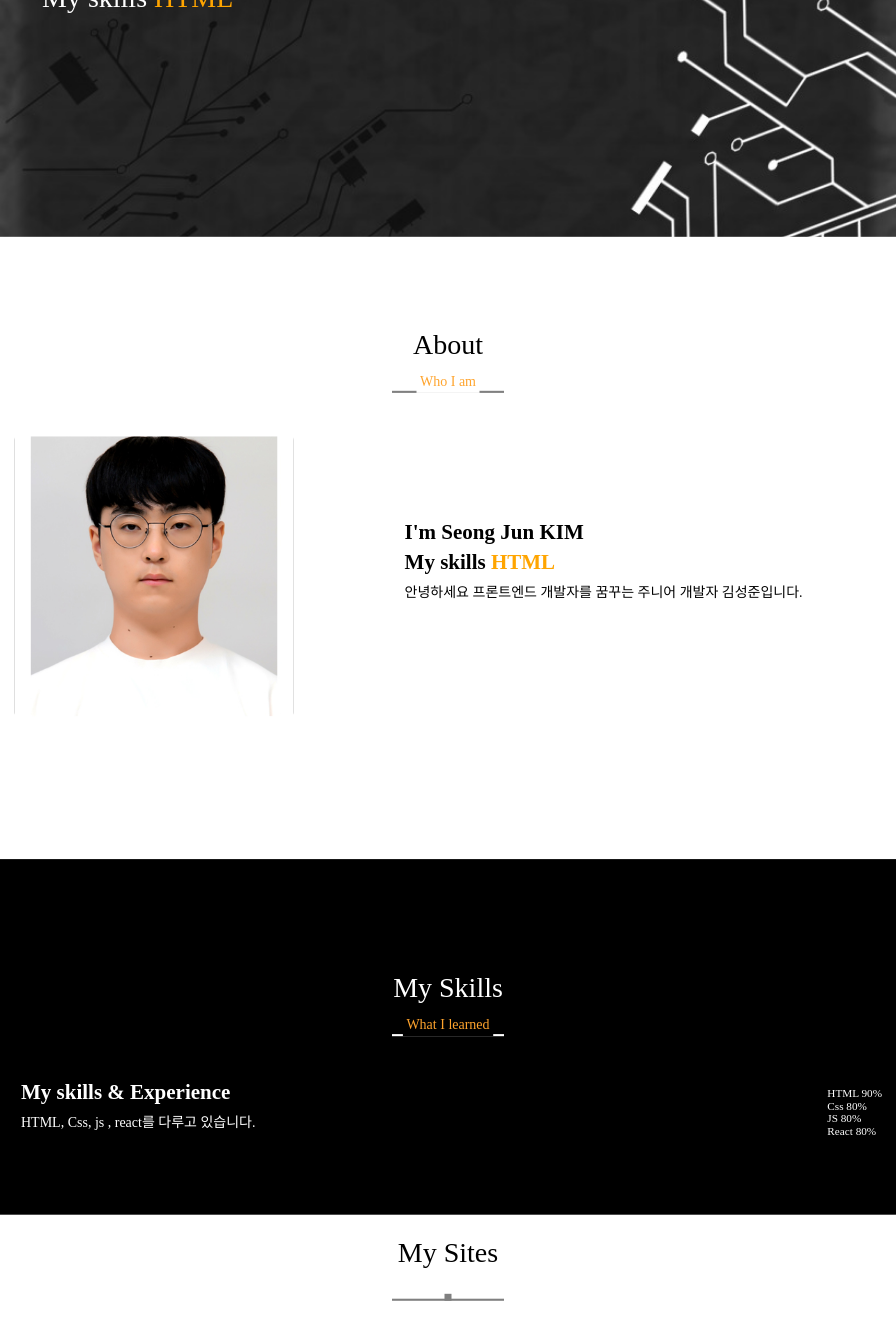
Repository: jun01270/jun
Page: index.html
The author's editor kept a copy of each file at every save. The page is drawn from the files as they stood at one save, then again after the next save.
The browser window is 1280 px wide. The pictures show the part of the page from y = 456 to 2356 px (the page is 3369 px tall before and 3380 px after), at 70% of full size.
A picture or video elsewhere on the page could not be fetched, so the positions and the page height are approximate. Some web libraries are served in a nearby version.

Above is the page before, as saved 2023-05-10 15:12:51.

### index.html
<!DOCTYPE html>
<html lang="en">
  <head>
    <meta charset="UTF-8" />
    <meta http-equiv="X-UA-Compatible" content="IE=edge" />
    <meta name="viewport" content="width=device-width, initial-scale=1.0" />
    <link rel="stylesheet" href="./css/style.css" />
    <link rel="stylesheet" href="./css/home.css" />
    <link rel="stylesheet" href="./css/about.css" />
    <link rel="stylesheet" href="./css/skills.css" />
    <link rel="stylesheet" href="./css/contact.css" />

    <script
      src="https://kit.fontawesome.com/252eac6dbf.js"
      crossorigin="anonymous"
    ></script>
    <title>Jun's site</title>
  </head>
  <body>
    <nav class="navbar">
      <div class="max-width">
        <div class="logo">
          <a href="#home">Jun's <span>Site</span></a>
        </div>
        <ul class="menu-bar">
          <li><a href="#home" class="menu-btn" id="homeID">Home</a></li>
          <li><a href="#about" class="menu-btn" id="homeID">About</a></li>
          <li><a href="#skills" class="menu-btn">Skills</a></li>
          <li><a href="#my-sites" class="menu-btn">My Sties</a></li>
          <li><a href="#contact" class="menu-btn">Contact</a></li>
        </ul>
      </div>
    </nav>

    <!--home섹션-->
    <section class="home" id="home">
      <div class="max-width">
        <div class="home-section">
          <div class="text-1">Hello! My Name is</div>
          <div class="text-2">Seong Jun KIM</div>
          <div class="text-3">My skills <span class="typing1">HTML</span></div>
        </div>
      </div>
    </section>

    <!--about섹션-->
    <section class="about" id="about">
      <div class="max-width">
        <h2 class="title">About</h2>
        <div class="about-content">
          <div class="left-column"><img src="./img/profile.jpg" /></div>
          <div class="right-column">
            <div class="about-text">I'm Seong Jun KIM</div>
            <div class="about-skills">
              My skills <span class="typing2">HTML</span>
            </div>
            <p>
              안녕하세요 프론트엔드 개발자를 꿈꾸는 주니어 개발자 김성준입니다.
            </p>
          </div>
        </div>
      </div>
    </section>

    <!--skills섹션-->
    <section class="skills">
      <div class="max-width">
        <h2 class="title">My Skills</h2>
        <div class="skills-content">
          <div class="left-column">
            <div class="skills-text">
              <div class="sub-title">My skills & Experience</div>
              <p>HTML, Css, js , react를 다루고 있습니다.</p>
            </div>
          </div>
          <div class="rigth-column">
            <div class="bars">
              <div class="bars-content">
                <span>HTML</span>
                <span>90%</span>
              </div>
              <div class="line-html"></div>
            </div>
            <div class="bars">
              <div class="bars-content">
                <span>Css</span>
                <span>80%</span>
              </div>
              <div class="line-css"></div>
            </div>
            <div class="bars">
              <div class="bars-content">
                <span>JS</span>
                <span>80%</span>
              </div>
              <div class="line-js"></div>
            </div>
            <div class="bars">
              <div class="bars-content">
                <span>React</span>
                <span>80%</span>
              </div>
              <div class="line-react"></div>
            </div>
          </div>
        </div>
      </div>
    </section>

    <!--My sties섹션-->
    <section class="my-sites">
      <div class="max-width">
        <h2 class="title">My Sites</h2>
        <div class="my-sites-content">
          <div class="left-column">
            <a href="https://web-jun.tistory.com/" target="_blank">
              <div class="site">
                <div class="site-images">
                  <img src="/img/blog.jpg" alt="" />
                  <div class="site-text">BLOG</div>
                  <p>개발하는 블로그입니다.</p>
                </div>
              </div>
            </a>
          </div>
          <div class="right-column">
            <a href="https://github.com/jun01270" target="_blank">
              <div class="site">
                <div class="site-images">
                  <img src="/img/github.jpg" alt="" />
                  <div class="site-text">BLOG</div>
                  <p>깃허브 사이트입니다.</p>
                </div>
              </div>
            </a>
          </div>
        </div>
      </div>
    </section>

    <!--Contact 섹션-->
    <section class="contact">
      <div class="max-width">
        <h2 class="title">Contact me</h2>
        <div class="contact-content">
          <div class="left-column">
            <div class="contact-text">My information</div>
            <p>
              동양미래대학교 컴퓨터소프트웨어공학과를 졸업하여 프론트엔드
              개발자가 되고싶은 주니어 개발자입니다.
            </p>
            <div class="icons-content">
              <i class="fas fa-user"></i>
              <div class="info">
                <div class="head">Name</div>
                <div class="tail">Seong Jun KIM</div>
              </div>
            </div>
            <div class="icons-content">
              <i class="fas fa-envelope"></i>
              <div class="info">
                <div class="head">E-mail</div>
                <div class="tail">kimsj012731@gmail.com</div>
              </div>
            </div>
            <div class="icons-content">
              <i class="fas fa-map-marked-alt"></i>
              <div class="info">
                <div class="head">Address</div>
                <div class="tail">경기도 광명시</div>
              </div>
            </div>
          </div>
          <div class="right-column">
            <div class="contact-text">Message Me!</div>
            <form action="#">
              <div class="fields">
                <div class="fields name">
                  <input type="text" placeholder="Name" />
                </div>
                <div class="fields Email">
                  <input type="email" placeholder="E-mail" />
                </div>
              </div>
              <div class="fields subject">
                <input type="text" placeholder="Subject" />
              </div>
              <div class="fields contact-area">
                <textarea
                  cols="30"
                  rows="10"
                  placeholder="Contact.. "
                  required
                ></textarea>
              </div>
              <div class="button">
                <button type="submit">Send Message</button>
              </div>
            </form>
          </div>
        </div>
      </div>
    </section>

    <!--Footer섹션-->
    <footer></footer>

    <!--JS섹션-->
  </body>
</html>

### css/style.css
@import url("https://fonts.googleapis.com/css2?family=Lora&display=swap");

* {
  margin: 0;
  padding: 0;
  box-sizing: border-box;
  text-decoration: none;
}

html {
  scroll-behavior: smooth;
}

.home .about .skills .my-sites .contact {
  padding-top: 86px;
}

.max-width {
  max-width: 1300px;
  padding: 0 20px;
  margin: auto;
}

.section {
  padding: 100px 0;
}

/* .about, .skills, .my-sites, .contact, .footer{
    //폰트삽입
} */

.title {
  position: relative;
  text-align: center;
  font-size: 40px;
  font-weight: 500;
  margin: 30px 0 100px 0;
  padding-bottom: 8px;
}

.title::before {
  content: "";
  position: absolute;
  bottom: -38px;
  left: 50%;
  width: 160px;
  height: 3px;
  background-color: gray;
  transform: translateX(-50%);
}

.title::after {
  content: "";
  position: absolute;
  bottom: -38px;
  left: 50%;
  font-size: 20px;
  color: rgb(255, 164, 45);
  padding: 5px;
  background-color: gray;
  transform: translateX(-50%);
}

.about .about-content,
.skills .skills-content,
.my-sites .my-sites-content,
.contact .contact-content {
  display: flex;
  align-items: center;
  flex-wrap: wrap;
  justify-content: space-between;
}

.navbar {
  position: relative;
  width: 100%;
  padding: 20px 0;
  z-index: 999;
  transition: all 0.3s ease;
  background-color: burlywood;
}

.navbar .max-width {
  display: flex;
  align-items: center;
  justify-content: space-between;
}

.navbar .logo {
  font-size: 30px;
  font-weight: 600;
  margin-left: 20px;
  color: black;
}

.navbar .logo a {
  color: white;
  text-decoration: none;
}

.navbar .logo a span {
  color: orange;
  transition: all 0.3s ease;
}

.navbar .menu-bar li {
  list-style: none;
  margin: 5px 20px 0 0;
  display: inline-block;
}

.navbar .menu-bar li a {
  display: block;
  text-decoration: none;
  font-size: 20px;
  font-weight: 500;
  margin-left: 15px;
  transition: all 0.3s ease;
}

.menu-bar li:hover {
  background-color: orange;
  border-radius: 3px;
}

.navbar.sticky {
  padding: 20px 0;
  background-color: black;
}

.navbar.sticky .logo a span {
  color: white;
}

.navbar.sticky .menu-bar li a:hover {
  color: white;
}

.navbar .menu-btn {
  color: white;
  font-size: 25px;
  display: none;
  cursor: pointer;
}

@media screen and (max-width: 700px) {
  .navbar {
    flex-direction: column;
    align-items: flex-start;
    margin: 0;
  }

  .menu-bar {
    flex-direction: column;
    align-items: center;
    width: 100%;
  }

  .menu-bar li {
    width: 100%;
    text-align: center;
  }
}

### css/home.css
.home {
  display: flex;
  height: 100vh;
  min-height: 500px;
  color: white;
  background: url("../img/back.jpg") no-repeat center;
  background-size: cover;
}

.home .max-width {
  margin: auto 0 auto 40px;
}

.home .home-section .text1 {
  font-size: 30px;
}

.home .home-section .text2 {
  font-size: 75px;
  font-weight: 600;
}

.home .home-section .text-3 {
  font-size: 40px;
}

.home .home-section .text-3 span {
  color: orange;
  font-weight: 500;
}

### css/about.css
.about {
  padding: 100px 0;
  transition: all 0.3s ease;
}

.about .title::after {
  content: "Who I am";
  background-color: white;
}

.about .about-content {
  margin-bottom: 100px;
}

.about .about-content .left-column {
  width: 45%;
}

.about .about-content .left-column img {
  height: 400px;
  width: 400px;
  object-fit: cover;
  border-radius: 6px;
}

.about .about-content .right-column {
  width: 55%;
  margin-bottom: 50px;
}

.about .about-content .right-column .about-text,
.about .about-content .right-column .about-skills {
  font-size: 30px;
  font-weight: 600;
  margin-bottom: 10px;
}

.about .about-content .right-column .about-skills span {
  color: orange;
}

.about .about-content .right-column P {
  text-align: justify;
  font-size: 20px;
}

### css/skills.css
.skills {
  padding: 100px 0;
  transition: all 0.3s ease;
}

.skills .title {
  padding-top: 30px;
}

.skills .title::before {
  background-color: white;
}

.skills .title::after {
  content: "What I learned";
  background-color: black;
}

.skills {
  color: white;
  background-color: black;
  padding-bottom: 100px;
}

.skills .sub-title {
  font-size: 30px;
  font-weight: 600;
  padding-bottom: 10px;
}

.skills .skills-content .left-column,
.skills .skills-content .right-column {
  width: calc(50% - 30px);
}

.skills .skills-content .left-column .skills-text {
  font-size: 23px;
  font-weight: 300;
  margin: 0 0 20px 10px;
  text-align: justify;
}

.skills .skills-content .left-column p {
  font-size: 20px;
}

.skills .skills-content .right-column .bars {
  margin-bottom: 15px;
}

.skills .skills-content .right-column .bars-content {
  display: flex;
  margin-bottom: 5px;
  align-items: center;
  justify-content: space-between;
}

.skills .skills-content .right-column span {
  font-size: 23px;
  font-weight: 600;
}

.skills .skills-content .right-column [class="^ line"] {
  height: 5px;
  background-color: white;
  width: 100%;
  position: relative;
}

.skills .skills-content .right-column .line::before {
  content: "";
  position: absolute;
  height: 100%;
  left: 0;
  top: 0;
  background-color: crimson;
}

.skills .skills-content .right-column .html::before {
  width: 90%;
}

.skills .skills-content .right-column .css::before {
  width: 65%;
}

.skills .skills-content .right-column .js::before {
  width: 68%;
}

.skills .skills-content .right-column .oracle::before {
  width: 80%;
}

Loaded but not shown: css/contact.css (no stored copy; drawn as an empty file)

After the next save:
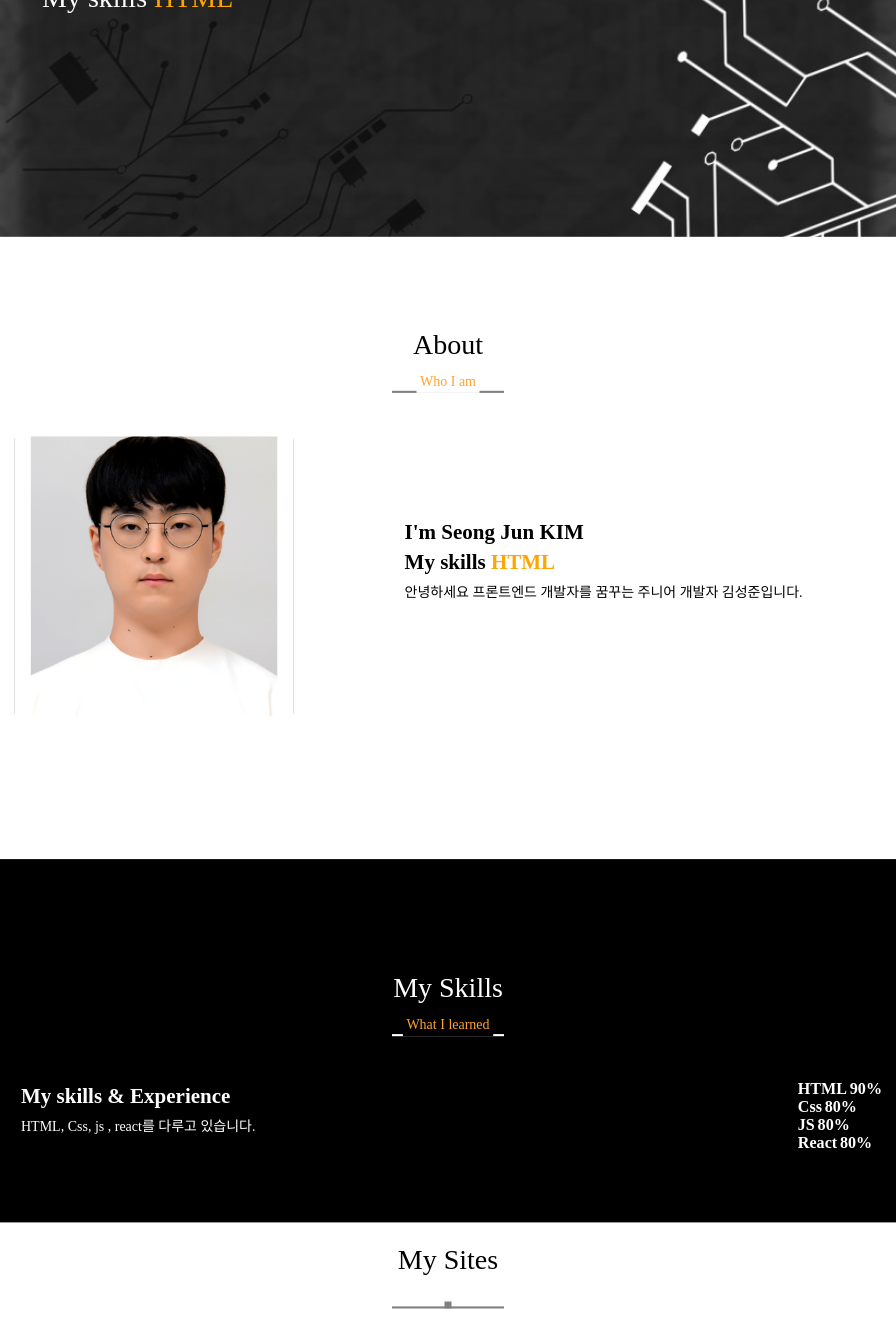
Saved 3 min 22 s later.
--- a/css/skills.css
+++ b/css/skills.css
@@ -55,7 +55,7 @@
   justify-content: space-between;
 }
 
-.skills .skills-content .right-column span {
+.skills .skills-content span {
   font-size: 23px;
   font-weight: 600;
 }
